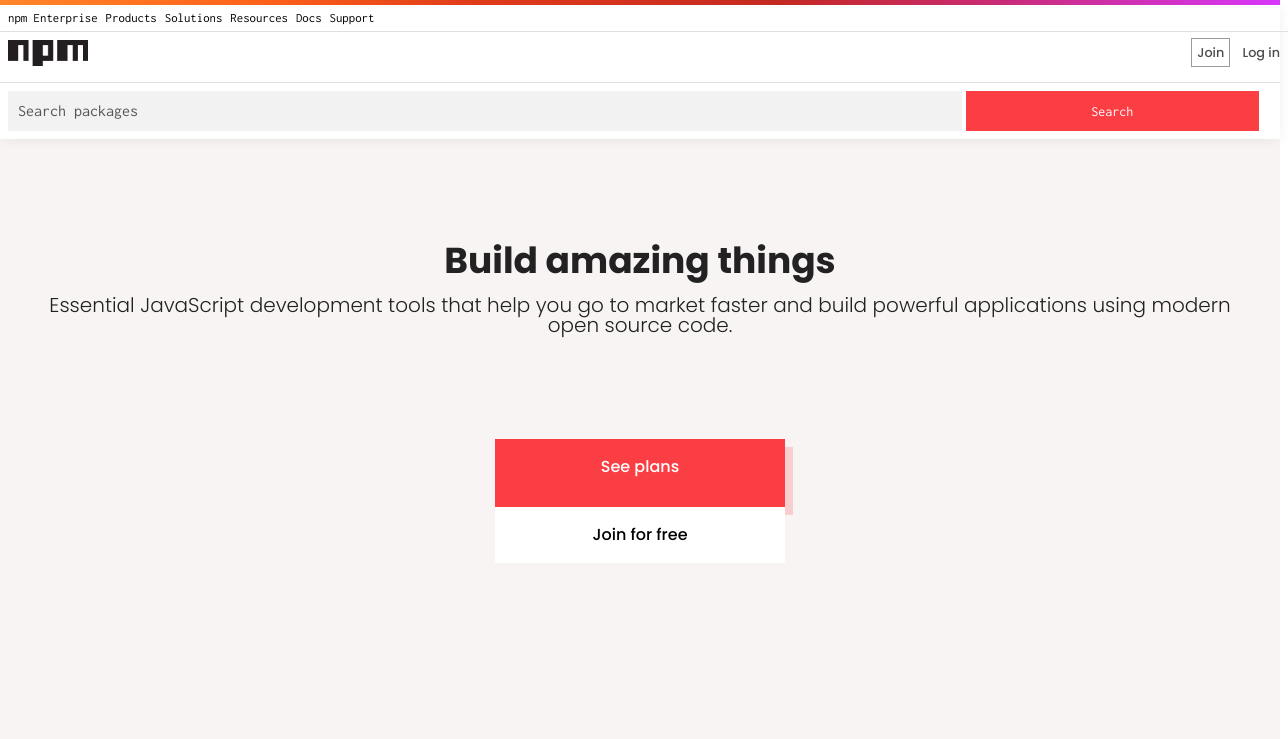
Repository: MarilynCuore/Ejercicico4
Page: index.html
The author's editor kept a copy of each file at every save. The page is drawn from the files as they stood at one save, then again after the next save.
The browser window is 1280 px wide. The page is 1288 px wide, so the pictures cover 1288 px, including what lies to the right of the window. The pictures show the whole page.
The style sheet was rebuilt from its Sass, Less or Tailwind sources for each picture, by a compiler version that may differ from the author's.

Above is the page before, as saved 2019-05-23 17:20:17.

### index.html
<!DOCTYPE html>
<html lang="en">

<head>
    <meta charset="UTF-8">
    <meta name="viewport" content="width=device-width, initial-scale=1.0">
    <meta http-equiv="X-UA-Compatible" content="ie=edge">
    <title>Document</title>
    <link rel="stylesheet" href="./styles/styles.css">
    <link rel="stylesheet" href="./styles/reset.css">
</head>

<body>
    <header>
        <div class="gradient"></div>
        <nav class="main-nav">
            <div class="principal-nav">
                <ul>
                    <li>❤</li>
                    <li><a href="">NaN producing Misery</a></li>
                </ul>
                <ul>
                    <li><a href="">npm Enterprise</a></li>
                    <li><a href="">Products</a></li>
                    <li><a href="">Solutions</a></li>
                    <li><a href="">Resources</a></li>
                    <li><a href="">Docs</a></li>
                    <li><a href="">Support</a></li>
                </ul>
            </div>
            <div class="second-nav">
                <div class="logo">
                    <a href="">
                        <img src="./src/npmlogo.png" alt="">
                    </a>
                </div>
                <div class="login">
                    <a>Join</a>
                    <a>Log in</a>
                </div>
                <div class="search">
                    <input type="text" placeholder="Search packages">
                    <button>Search</button>
                </div>
            </div>
        </nav>
    </header>
    <section class="principal-section">
        <div class="content-principal-section">
            <h1>Build amazing things</h1>
            <span>Essential JavaScript development tools that help you go to market faster and build powerful applications
                using modern open source code.</span>
        </div>
        <div class="action-principal-section">
            <a href="">See plans</a>
            <a href="">Join for free</a>
        </div>
    </section>

</body>

</html>

### styles/styles.scss
/*Fonts*/
@import url("https://fonts.googleapis.com/css?family=Poppins:500,700&display=swap");
@import url("https://fonts.googleapis.com/css?family=Inconsolata:400,700&display=swap");
@import url("https://fonts.googleapis.com/css?family=Poppins:300&display=swap");
/*Variables*/
$font: "Inconsolata", monospace;
$font2: "Poppins", sans-serif;
$pink: #fb3e44;
$lighter-grey: rgba(0, 0, 0, 0.05);
$grey: rgba(0, 0, 0, 0.7);
$grey-background: rgba(232, 217, 217, 0.3);

/* all Inputs */
::-webkit-input-placeholder {
  color: #555;
  font-family: $font;
  padding-left: 0.5rem;
}
::-moz-placeholder {
  color: #555;
  font-family: $font;
  padding-left: 0.5rem;
} /* firefox 19+ */
:-ms-input-placeholder {
  color: #555;
  font-family: $font;
  padding-left: 0.5rem;
} /* ie */
input:-moz-placeholder {
  color: #555;
  font-family: $font;
  padding-left: 0.5rem;
}

body {
  overflow: hidden;
}
header {
  box-shadow: 0 4px 13px -3px rgba(0, 0, 0, 0.10196);
  .gradient {
    width: 100vw;
    height: 5px;
    background: rgba(255, 134, 41, 1);
    background: -moz-linear-gradient(
      left,
      rgba(255, 134, 41, 1) 0%,
      rgba(255, 98, 26, 1) 20%,
      rgba(224, 59, 26, 1) 37%,
      rgba(214, 52, 29, 1) 46%,
      rgba(196, 41, 33, 1) 61%,
      rgba(201, 44, 122, 1) 79%,
      rgba(216, 54, 252, 1) 100%
    );
    background: -webkit-gradient(
      left top,
      right top,
      color-stop(0%, rgba(255, 134, 41, 1)),
      color-stop(20%, rgba(255, 98, 26, 1)),
      color-stop(37%, rgba(224, 59, 26, 1)),
      color-stop(46%, rgba(214, 52, 29, 1)),
      color-stop(61%, rgba(196, 41, 33, 1)),
      color-stop(79%, rgba(201, 44, 122, 1)),
      color-stop(100%, rgba(216, 54, 252, 1))
    );
    background: -webkit-linear-gradient(
      left,
      rgba(255, 134, 41, 1) 0%,
      rgba(255, 98, 26, 1) 20%,
      rgba(224, 59, 26, 1) 37%,
      rgba(214, 52, 29, 1) 46%,
      rgba(196, 41, 33, 1) 61%,
      rgba(201, 44, 122, 1) 79%,
      rgba(216, 54, 252, 1) 100%
    );
    background: -o-linear-gradient(
      left,
      rgba(255, 134, 41, 1) 0%,
      rgba(255, 98, 26, 1) 20%,
      rgba(224, 59, 26, 1) 37%,
      rgba(214, 52, 29, 1) 46%,
      rgba(196, 41, 33, 1) 61%,
      rgba(201, 44, 122, 1) 79%,
      rgba(216, 54, 252, 1) 100%
    );
    background: -ms-linear-gradient(
      left,
      rgba(255, 134, 41, 1) 0%,
      rgba(255, 98, 26, 1) 20%,
      rgba(224, 59, 26, 1) 37%,
      rgba(214, 52, 29, 1) 46%,
      rgba(196, 41, 33, 1) 61%,
      rgba(201, 44, 122, 1) 79%,
      rgba(216, 54, 252, 1) 100%
    );
    background: linear-gradient(
      to right,
      rgba(255, 134, 41, 1) 0%,
      rgba(255, 98, 26, 1) 20%,
      rgba(224, 59, 26, 1) 37%,
      rgba(214, 52, 29, 1) 46%,
      rgba(196, 41, 33, 1) 61%,
      rgba(201, 44, 122, 1) 79%,
      rgba(216, 54, 252, 1) 100%
    );
    filter: progid:DXImageTransform.Microsoft.gradient( startColorstr='#ff8629', endColorstr='#d836fc', GradientType=1 );
  }
}
.main-nav {
  display: flex;
  flex-direction: column;
  justify-content: center;
  background-color: white;
  .principal-nav {
    display: flex;
    width: 100%;
    padding-left: 0.5rem;
    justify-content: space-between;
    padding-top: 0.25rem;
    padding-bottom: 0.4rem;
    border-bottom: solid 0.2px #e0e0e0;
    ul {
      display: flex;
      &:first-child {
        display: none;
      }
      li {
        flex-grow: 1;
        padding-right: 0.5rem;
        display: block;
        a {
          text-decoration: none;
          color: black;
          font-family: $font;
          font-weight: 500;
          text-decoration: none;
          font-size: 0.8rem;
        }
      }
    }
  }
  .second-nav {
    display: flex;
    flex-wrap: wrap;
    .logo {
      width: 50%;
      padding-bottom: 1rem;
      a {
        img {
          padding-left: 0.5rem;
          padding-top: 0.5rem;
          width: 80px;
        }
      }
    }
    .login {
      width: 50%;
      font-family: $font2;
      color: $grey;
      text-align: right;
      padding-top: 0.7rem;
      a {
        padding-left: 0.5rem;
        font-size: 0.8rem;
        &:nth-of-type(1) {
          border: 1px solid #9a9a9a;
          padding: 5px;
        }
      }
    }
    .search {
      border-top: solid 0.2px #e0e0e0;
      padding-left: 0.5rem;
      padding-top: 0.5rem;
      padding-bottom: 0.5rem;
      width: 100%;
      input {
        background-color: $lighter-grey;
        border: none;
        width: calc(100% - 25%);
        height: 40px;
        box-sizing: border-box;
      }
      button {
        width: 23%;
        background-color: $pink;
        border: none;
        color: white;
        height: 40px;
        box-sizing: border-box;
        font-family: $font;
        font-size: 0.875rem;
        padding-bottom: 0px;
      }
    }
  }
}
.principal-section {
  background-color: $grey-background;
  height: calc(100vh - 120px);
  display: flex;
  flex-direction: column;
  align-items: center;
  .content-principal-section {
    display: flex;
    flex-direction: column;
    height: 50%;
    justify-content: center;
    text-align: center;
    max-width: 95%;
    h1 {
      font-size: 2.25rem;
      font-family: $font2;
      font-weight: bold;
      padding-bottom: 1rem;
    }
    span {
      font-family: $font2;
      font-size: 1.25rem;
      font-weight: 300;
    }
  }
  .action-principal-section {
      display: flex;
      flex-direction:column;
      justify-content: center;
    a {
      padding: 20px;
      min-width: 250px;
      text-align: center;
      font-family: $font2;
      &:nth-of-type(1) {
        background-color: $pink;
        box-shadow: 8px 8px 0 rgba(251, 59, 73, 0.2);
        color: white;
        text-decoration: none;
        padding-bottom: 2rem;
      }
      &:nth-of-type(2) {
        background-color: white;
        text-decoration: none;
        color: black;
      }
    }
  }
}

Loaded but not shown: styles/reset.css (common file)

After the next save:
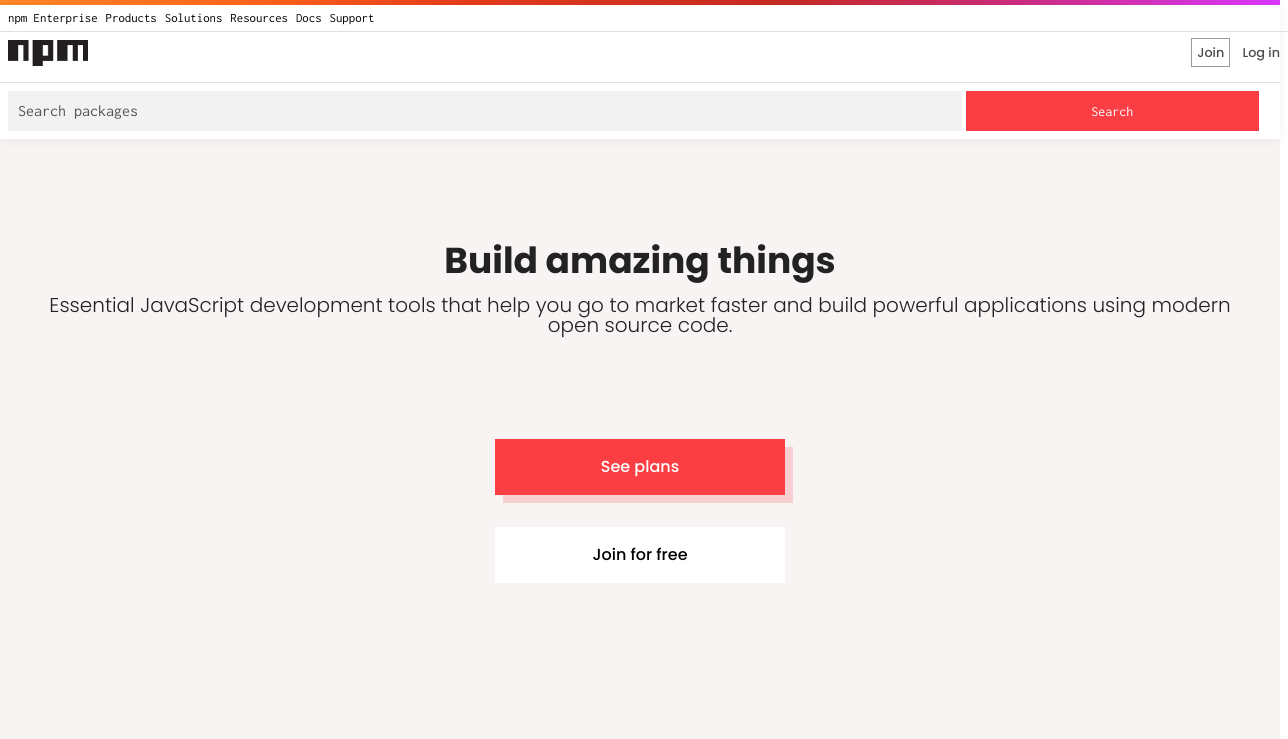
Saved 12 s later.
--- a/styles/styles.scss
+++ b/styles/styles.scss
@@ -233,7 +233,7 @@
         box-shadow: 8px 8px 0 rgba(251, 59, 73, 0.2);
         color: white;
         text-decoration: none;
-        padding-bottom: 2rem;
+        margin-bottom: 2rem;
       }
       &:nth-of-type(2) {
         background-color: white;
